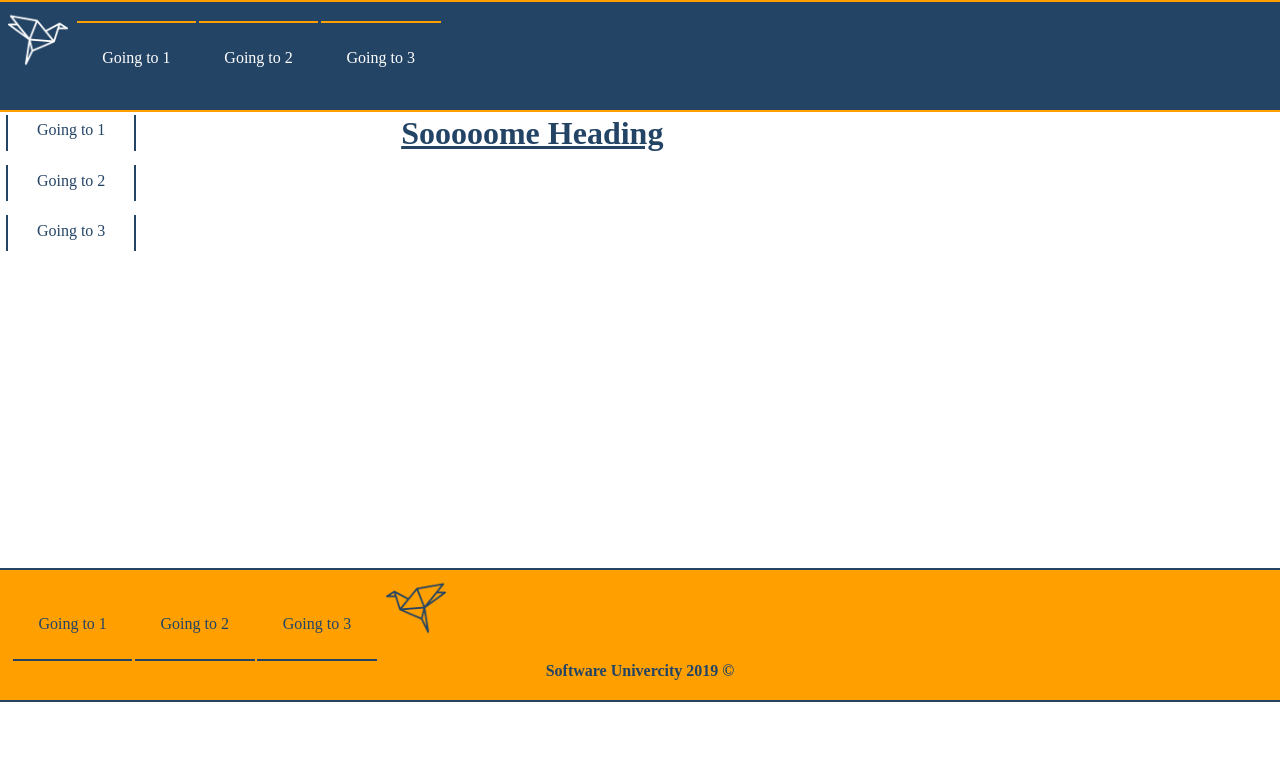
Repository: vsterev/origami
Page: /
An editor plug-in stored every save of this project. The page is shown before and after the next save, followed by the edit.
The browser window is 1280 px wide. The pictures show the whole page.
The project was rebuilt for these pictures with package versions that can differ from the ones it lists, and the page was loaded fresh each time.

Above is the page before, as saved 2020-07-12 16:47:22.

After the next save:
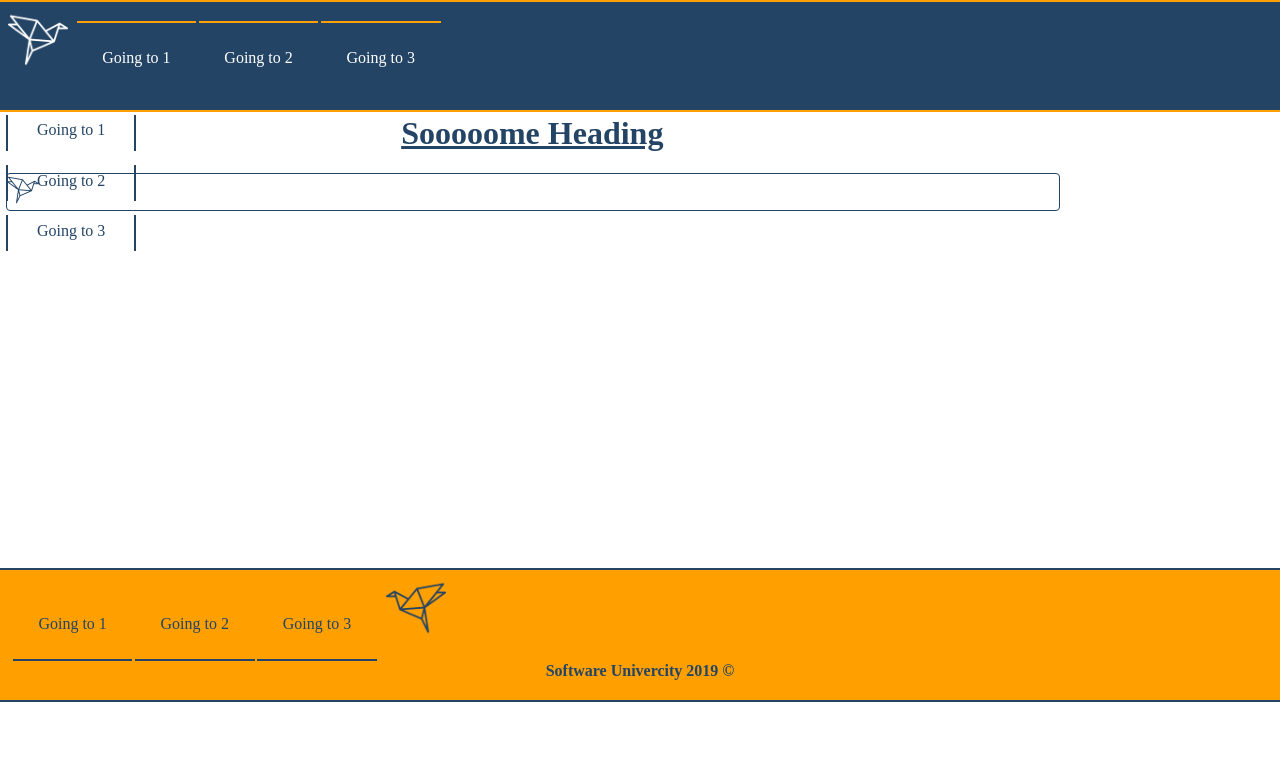
Saved 49 s later.
--- a/src/components/posts/index.js
+++ b/src/components/posts/index.js
@@ -1,9 +1,10 @@
 import React from 'react'
 import './styles.css'
+import Post from '../post'
 const Posts = () => {
     return (
         <div className="Posts">
-
+            <Post />
         </div>
     )
 }
